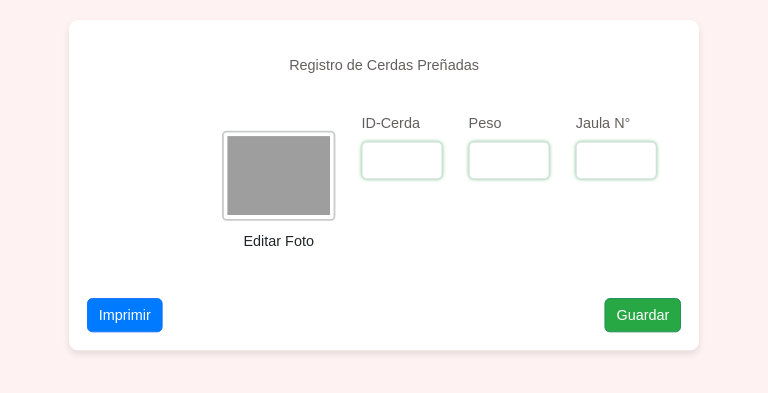
Repository: Mateojimenezz/Granja-Santa-Helena
Page: fomularioRegHembrasPreñadas.html
These files come from the project's save history. The page is drawn as it stood at one moment and after the next save; the edit follows.
The browser window is 768 px wide. The pictures show the whole page.
Pictures or frames that could not be fetched are drawn as grey boxes. Some web fonts or font styles are not loaded; a fallback is used.

Above is the page before, as saved 2025-04-29 10:28:56.

After the next save:
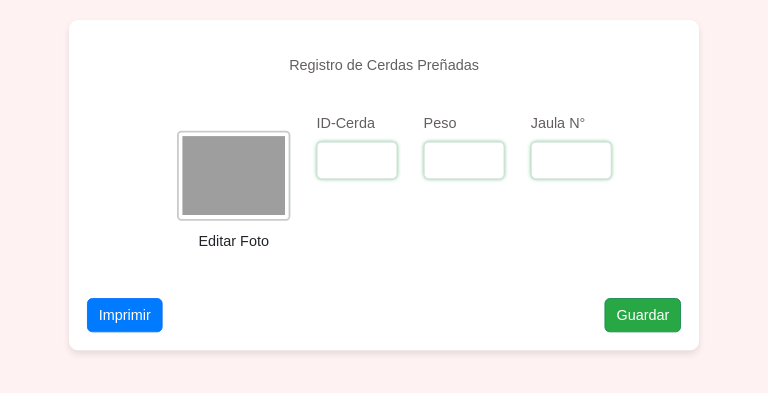
Saved 8 s later.
--- a/assets/css/fomularioRegHembrasPreñadas.css
+++ b/assets/css/fomularioRegHembrasPreñadas.css
@@ -81,5 +81,5 @@ body {
         margin-left: 5px;
       }
       .DivphotoCerda {
-      margin-left: 150px;
+      margin-left: 100px;
     }}
